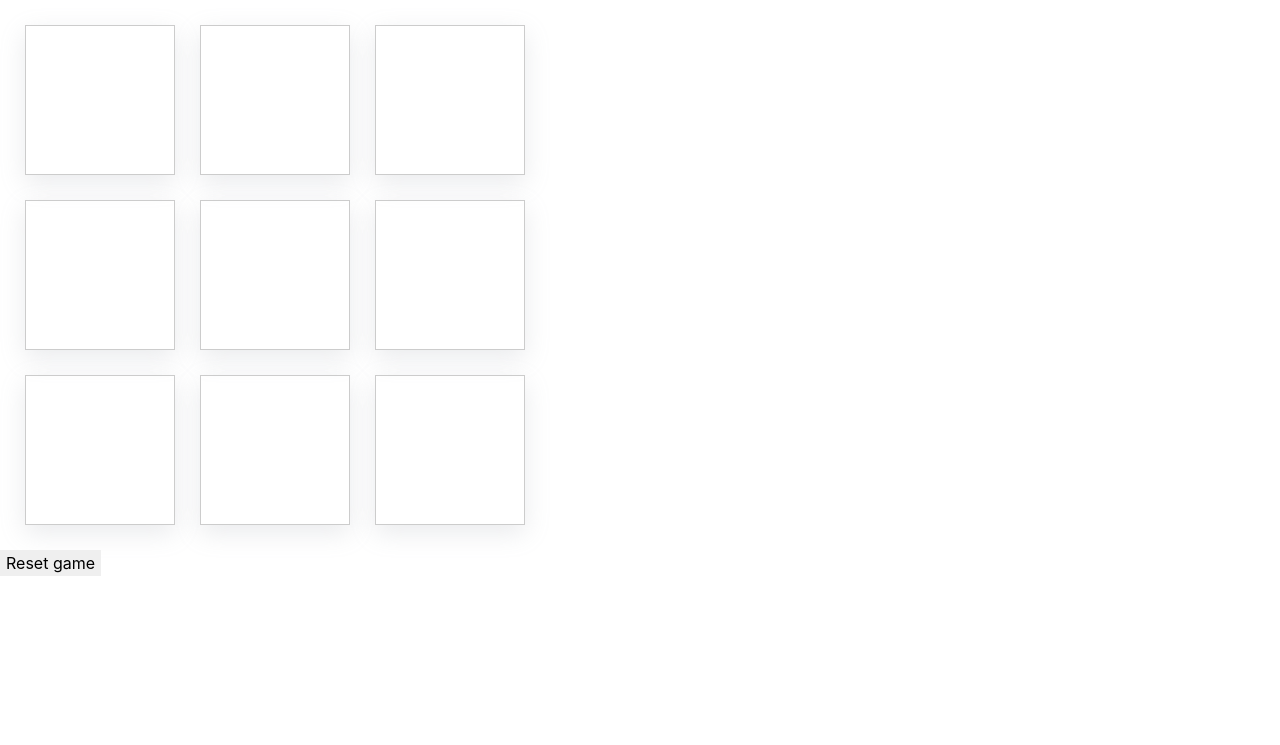
Repository: kvi1312/React-evon
Page: / (app in my-app/)
The author's editor kept a copy of each file at every save. The page is drawn from the files as they stood at one save, then again after the next save.
The browser window is 1280 px wide. The pictures show the whole page.
The project was rebuilt for these pictures with package versions that can differ from the ones it lists, and the page was loaded fresh each time. Also part of the build but not shown: my-app/src/component/counter/counter.js, my-app/src/component/toogle/toogleStyle.css, my-app/src/component/toogle/toogle.js.

Above is the page before, as saved 2022-04-14 00:14:57.

### my-app/src/App.js
import "./App.css";
import Counter from "./component/counter/counter";
import Toogle from "./component/toogle/toogle";
import { youtubedata } from "./youtubedata";
import Game from "./component/tictactoe/Game";

//parent component là App()
function App() {
  return (
    // <div className="youtube-list">
    //   {youtubedata.map((item, index) => (
    //     <YoutubeItem
    //       key={item.id}
    //       image={item.image}
    //       author={item.author}
    //       avatar={item.avatar}
    //       title={item.title}
    //       className= 'abc'
    //     ></YoutubeItem>
    //   ))}
    // </div>
    <div className="">
      {/* <Toogle></Toogle>
      <Counter></Counter> */}
      <Game></Game>
    </div>
  );
}

function YoutubeItem(props) {
  return (
    <div className={`youtube-item ${props.className}`}>
      <div className="youtube-image">
        <img src={props.image} alt="" className="" />
      </div>
      <div className="youtube-footer">
        <img src={props.avatar} alt="" className="youtube-avatar" />
        <div className="youtube-info">
          <h3 className="youtube-title">{props.title}</h3>
          <h4 className="youtube-author">{props.author}</h4>
        </div>
      </div>
    </div>
  );
}

export default App;

### my-app/src/App.css
*,
*::before,
*::after {
  box-sizing: border-box;
}
* {
  margin: 0;
}

html,
body {
  height: 100%;
}
body {
  line-height: 1.5;
  -webkit-font-smoothing: antialiased;
  -webkit-tap-highlight-color: rgba(0, 0, 0, 0);
}

img,
picture,
video,
canvas,
svg {
  display: block;
  max-width: 100%;
}
input,
button,
textarea,
select {
  font: inherit;
  outline: none;
  border: none;
}
p,
h1,
h2,
h3,
h4,
h5,
h6 {
  overflow-wrap: break-word;
}
.youtube-list {
  display: grid;
  grid-template-columns: repeat(4, 1fr);
  grid-gap: 25px;
  padding: 25px;
}

.youtube-image {
  height: 250px;
  margin-bottom: 15px;
}

.youtube-image img {
  width: 100%;
  height: 100%;
  object-fit: cover;
}

.youtube-footer {
  display: flex;
  align-items: flex-start;
}

.youtube-avatar {
  width: 100px;
  height: 100px;
  border-radius: 100rem;
  object-fit: cover;
  flex-shrink: 0;
}

.youtube-title {
  font-size: 18px;
  margin-bottom: 10px;
}

.youtube-author {
  font-size: 14px;
  color: #999;
  font-weight: 300px;
}

.youtube-info {
  margin-left: 20px;
}

### my-app/src/youtubedata.js
export const youtubedata = [
  {
    id: 1,
    image:
      "https://images.unsplash.com/photo-1633356122544-f134324a6cee?ixlib=rb-1.2.1&ixid=MnwxMjA3fDB8MHxzZWFyY2h8M3x8cmVhY3R8ZW58MHx8MHx8&auto=format&fit=crop&w=800&q=60",
    author: "khải lê đẹp trai",
    avatar:
      "https://images.unsplash.com/photo-1535713875002-d1d0cf377fde?ixlib=rb-1.2.1&ixid=MnwxMjA3fDB8MHxzZWFyY2h8MXx8YXZhdGFyfGVufDB8fDB8fA%3D%3D&auto=format&fit=crop&w=800&q=60",
    title: "Learning React",
  },
  {
    id: 2,
    image:
      "https://images.unsplash.com/photo-1526498460520-4c246339dccb?ixlib=rb-1.2.1&ixid=MnwxMjA3fDB8MHxzZWFyY2h8NHx8anN8ZW58MHx8MHx8&auto=format&fit=crop&w=800&q=60",
    author: "Evondev",
    avatar:
      "https://images.unsplash.com/photo-1599566150163-29194dcaad36?ixlib=rb-1.2.1&ixid=MnwxMjA3fDB8MHxzZWFyY2h8M3x8YXZhdGFyfGVufDB8fDB8fA%3D%3D&auto=format&fit=crop&w=800&q=60",
    title: "Learning Js",
  },
  {
    id: 3,
    image:
      "https://images.unsplash.com/photo-1599507593499-a3f7d7d97667?ixlib=rb-1.2.1&ixid=MnwxMjA3fDB8MHxzZWFyY2h8MXx8cGhwfGVufDB8fDB8fA%3D%3D&auto=format&fit=crop&w=800&q=60",
    author: "Unicode",
    avatar:
      "https://images.unsplash.com/photo-1570295999919-56ceb5ecca61?ixlib=rb-1.2.1&ixid=MnwxMjA3fDB8MHxzZWFyY2h8NHx8YXZhdGFyfGVufDB8fDB8fA%3D%3D&auto=format&fit=crop&w=800&q=60",
    title: "Learning PHP",
  },
  {
    id: 4,
    image:
      "https://images.unsplash.com/photo-1518773553398-650c184e0bb3?ixlib=rb-1.2.1&ixid=MnwxMjA3fDB8MHxzZWFyY2h8Mnx8aHRtbHxlbnwwfHwwfHw%3D&auto=format&fit=crop&w=500&q=60",
    author: "F8",
    avatar:
      "https://images.unsplash.com/photo-1531427186611-ecfd6d936c79?ixlib=rb-1.2.1&ixid=MnwxMjA3fDB8MHxzZWFyY2h8NXx8YXZhdGFyfGVufDB8fDB8fA%3D%3D&auto=format&fit=crop&w=800&q=60",
    title: "Learning HTML",
  },
];

### my-app/src/component/tictactoe/Game.js
import React, { useState } from "react";
import CalculatedWinner from "../../helpers";
import Board from "./Board";
import "./GameStyle.css";

// const Game = () => {
//   const [board, setBoard] = useState(Array(9).fill(null)); //board là tên biến giá trị mặc định, setBoard là dùng để tính toán, usestate truyền vào cho 9 cái giá trị là null để sau này dùng setBoard mà tính toán
//   const [xIsNext, setXIsNext] = useState(true);
//   const winner = CalculatedWinner(board);

//   const handleClick = (index) => {
//     const boardCopy = [...board];
//     if (winner || boardCopy[index]) return;
//     boardCopy[index] = xIsNext ? "X" : "O";
//     setBoard(boardCopy);
//     setXIsNext((xIsNext) => !xIsNext);
//   };

//   const handleResetGame = () => {
//     setBoard(Array(9).fill(null));
//     setXIsNext(true);
//   };
//   return (
//     <div>
//       {/* thằng board là props truyền vào cho Board */}
//       <Board cells={board} onClick={handleClick}></Board>
//       {winner && <div className="game-winner">Winner is {winner}</div>}
//       <button className="button" onClick={handleResetGame}>
//         Reset game
//       </button>
//     </div>
//   );
// };
//clean code
const Game = () => {
  const [state, setState] = useState({
    board: Array(9).fill(null),
    xIsNext: true,
    name: "demo",
  });
  const winner = CalculatedWinner(state.board);

  const handleOnclick = (index) => {
    const boardCopy = [...state.board]; //clone board để giá trị mảng gốc k thay đổi
    if (winner || boardCopy[index]) return; //nếu có người thắng hoặc ô đã đc đánh rồi thì return
    boardCopy[index] = state.xIsNext ? "X" : "O"; //nếu muốn đánh tiếp theo là x còn k phải là 0
    setState({
      ...state,
      board: boardCopy,
      setXIsNext: !state.xIsNext,
    });
  };

  const handleResetGame = () => {

  }
  return (
    <div className="">
      <Board cells={state.board} onClick={handleOnclick}></Board>
      <button className="className" onClick={handleResetGame}>Reset game</button>
    </div>
  );
};
export default Game;

### my-app/src/helpers.js
export default function CalculatedWinner(cells) {
  const lines = [
    [0, 1, 2],
    [3, 4, 5],
    [6, 7, 8],
    [0, 3, 6],
    [1, 4, 7],
    [2, 5, 8],
    [0, 4, 8],
    [2, 4, 6],
  ];
  for (let index = 0; index < lines.length; index++) {
    const [a, b, c] = lines[index];
    if (cells[a] && cells[a] === cells[b] && cells[a] === cells[c]) {
      return cells[a];
    }
  }
  return null;
}

### my-app/src/component/tictactoe/Board.js
import React from "react";
import Cell from "./Cell";
import CalculatedWinner from "../../helpers";
const Board = (props) => {
  // const cells = [null, null, null, "x", "x", "x", null, null, null];
  // console.log(CalculatedWinner(cells));
  // console.log(props);
  return (
    <div className="game-board">
      {props.cells.map((item, index) => (
        <Cell
          key={index}
          value={item}
          onClick={() => props.onClick(index)} //on click là prop truyền từ component Cell
          className={item === "X" ? "is-x" : item === "O" ? "is-o" : ""}
        ></Cell>
      ))}
    </div>
  );
};

export default Board;

### my-app/src/component/tictactoe/GameStyle.css
.game-board {
  margin: 25px;
  width: 500px;
  height: 500px;
  grid-gap: 25px;
  display: grid;
  grid-template-columns: repeat(3, 1fr);
  grid-template-rows: repeat(3, 1fr);
}

.game-cell {
  border: 1px solid #ccc;
  cursor: pointer;
  display: flex;
  justify-content: center;
  align-items: center;
  font-size: 90px;
  font-weight: bold;
  box-shadow: rgba(149, 157, 165, 0.2) 0px 8px 24px;
}

.is-x {
  color: #2cccff;
}

.is-o {
  color: #ff6651;
}

.button {
  display: inline-block;
  border: none;
  outline: none;
  padding: 10px;
  margin-left: 25px;
  background-color: #2c4cff;
  color: white;
}
.game-winner {
  font-size: 50px;
  font-weight: bold;
  color: pink;
  padding: 25px;
}

### my-app/src/component/tictactoe/Cell.js
import React from "react";

//props là 1 object có property là value, onClick
const Cell = ({ value, onClick, className }) => {
  // const { value, onClick } = props;
  // console.log(value, onClick);
  return (
    <div className={`game-cell ${className}`} onClick={onClick}>
      {value}
    </div>
  );
};

export default Cell;

Loaded but not shown: my-app/public/index.html (common file); my-app/src/index.js (common file); my-app/src/index.css (common file); my-app/src/reportWebVitals.js (common file)

After the next save:
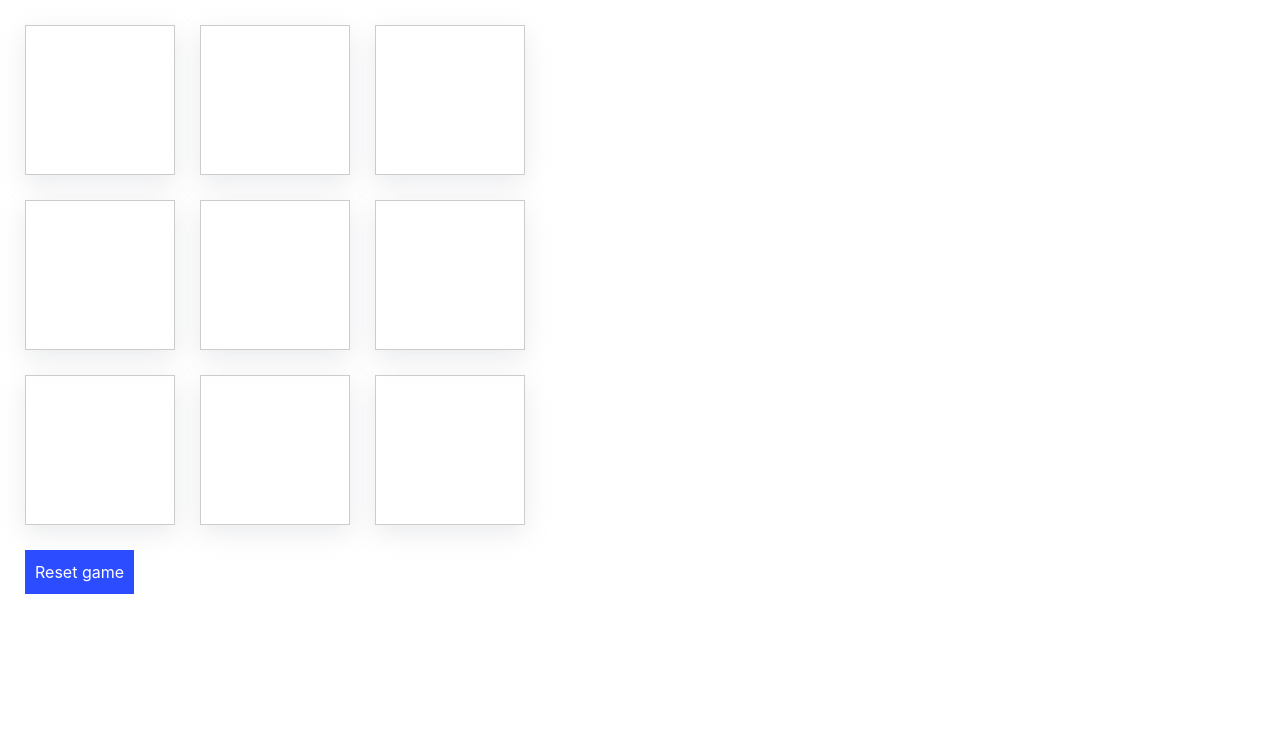
Saved 12 s later.
--- a/my-app/src/component/tictactoe/Game.js
+++ b/my-app/src/component/tictactoe/Game.js
@@ -57,7 +57,7 @@ const Game = () => {
   return (
     <div className="">
       <Board cells={state.board} onClick={handleOnclick}></Board>
-      <button className="className" onClick={handleResetGame}>Reset game</button>
+      <button className="button" onClick={handleResetGame}>Reset game</button>
     </div>
   );
 };
